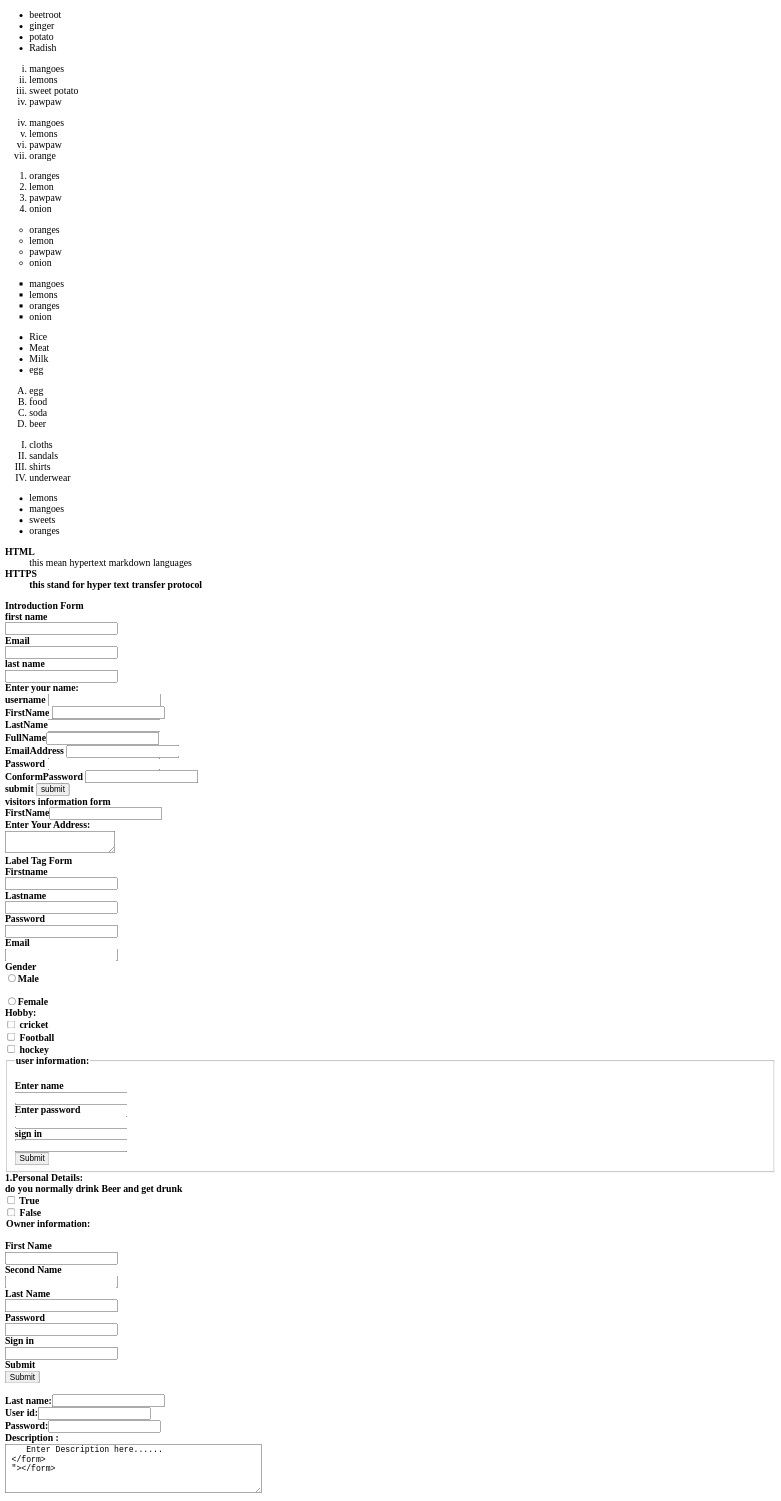
Repository: Okwahi/first--code-lessons
Page: Rinato.html
An editor plug-in stored every save of this project. The page is shown before and after the next save, followed by the edit.
The browser window is 1280 px wide. The pictures show the whole page, at 61% of full size.

Above is the page before, as saved 2023-03-27 12:02:27.

After the next save:
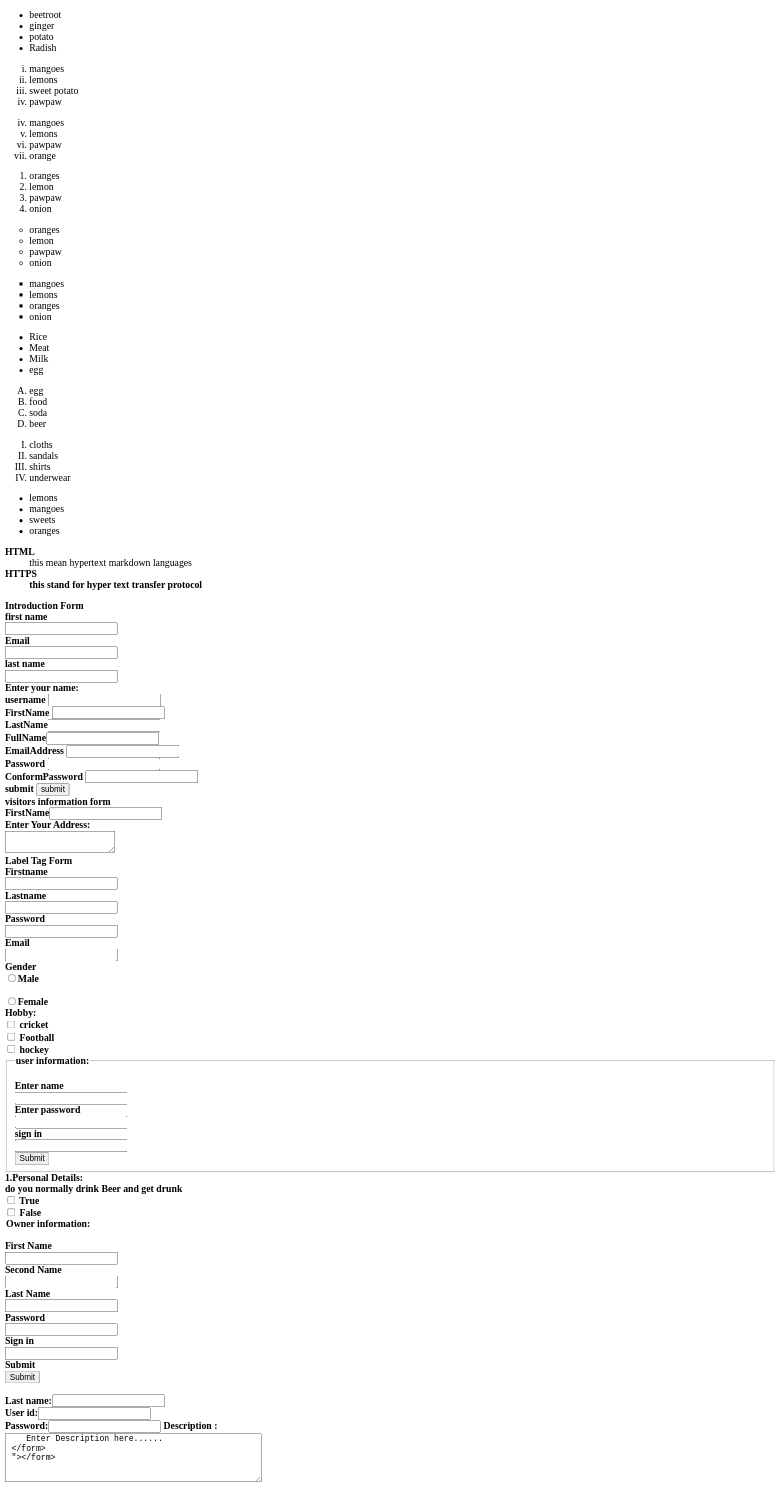
Saved 9 s later.
--- a/Rinato.html
+++ b/Rinato.html
@@ -167,7 +167,7 @@
  User id:<input type ="text" name="User id" /> <br>
  Password:<input type="Password" name="Password" />
 
- <form></form>
+ <form>
  Description : <br />
  <textarea rows ="5" cols="50" name = "Description">
     Enter Description here......
